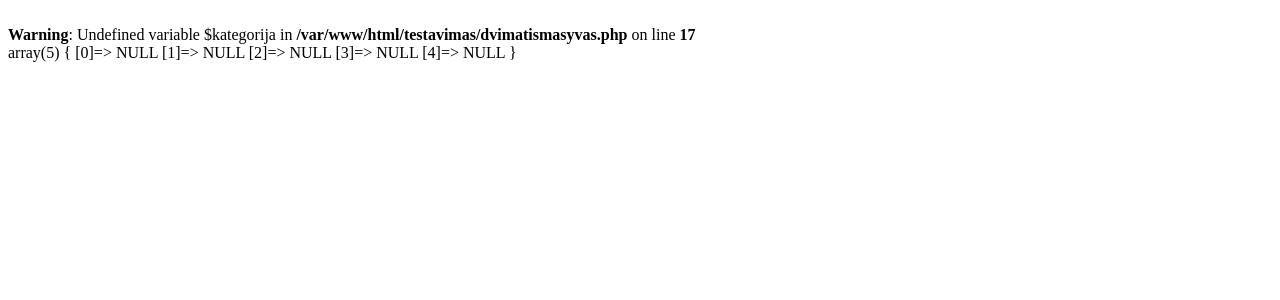
Repository: motiejus1/18-paskaita-PHP-05.31
Page: http://localhost/testavimas/dvimatismasyvas.php
An editor plug-in stored every save of this project. The page is shown before and after the next save, followed by the edit.
The browser window is 1280 px wide. The pictures show the whole page.
The page is run by PHP 8.4 with error messages shown; the project is at /var/www/html/.

Above is the page before, as saved 2021-09-20 18:20:49.

### testavimas/dvimatismasyvas.php
<?php
// . Sukurti dvimatį masyvą, kuriame būtų informacija apie knygos kategoriją, bei knygos priklausančios kategorijai.
// Masyvo struktūrą sugalvoti patiems. Testavimui sukurti bent 5 kategorijas, kurios turi nuo 5 iki 15 knygų.



//

$knygos = [];


for($i=0; $i < 5; $i++) {

    // $kategorija = "Kategorija".$i;
    $kategorija =

    $knygos[$i] = $kategorija;

}

var_dump($knygos);


?>

After the next save:
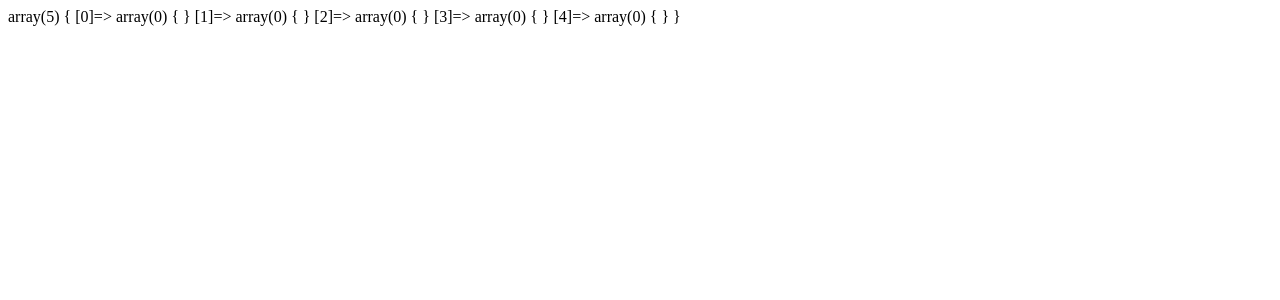
Saved 4 s later.
--- a/testavimas/dvimatismasyvas.php
+++ b/testavimas/dvimatismasyvas.php
@@ -12,7 +12,7 @@ $knygos = [];
 for($i=0; $i < 5; $i++) {
 
     // $kategorija = "Kategorija".$i;
-    $kategorija =
+    $kategorija = [];
 
     $knygos[$i] = $kategorija;
 
